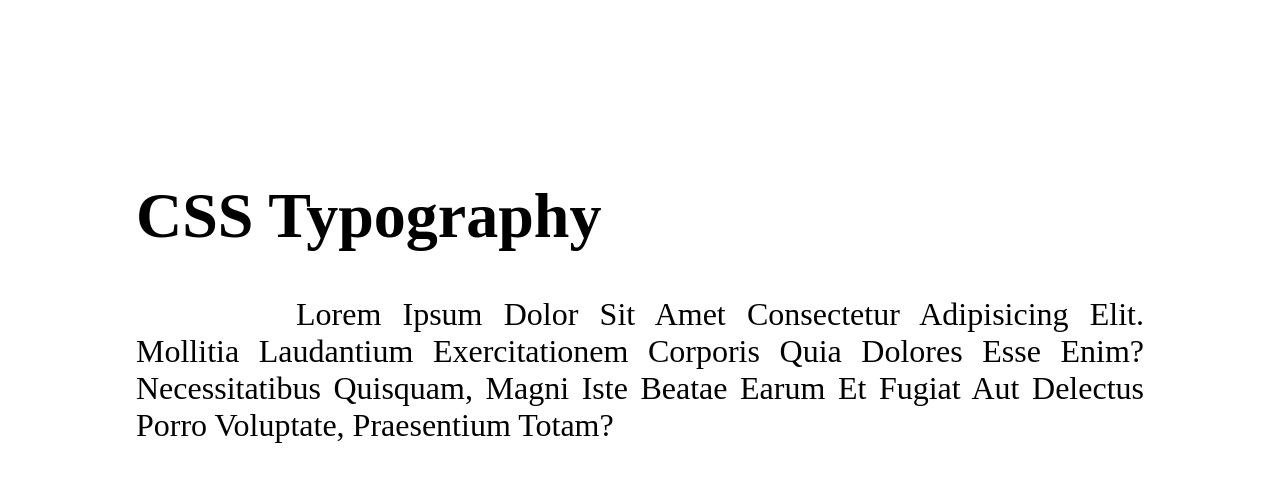
Repository: madhurik9999/Css
Page: index.html
The author's editor kept a copy of each file at every save. The page is drawn from the files as they stood at one save, then again after the next save.
The browser window is 1280 px wide. The pictures show the whole page.

Above is the page before, as saved 2023-12-10 13:26:55.

### index.html
<!DOCTYPE html>
<html lang="en">

<head>
    <meta charset="UTF-8">
    <meta http-equiv="X-UA-Compatible" content="IE=edge">
    <meta name="viewport" content="width=device-width, initial-scale=1.0">
    <title>Document</title>
    <link rel="stylesheet" href="styles/style.css">
</head>

<body>
    <header>
        <h1>CSS Typography</h1>
    </header>
    <main>
        <p>Lorem ipsum dolor sit amet consectetur adipisicing elit. Mollitia laudantium exercitationem corporis quia
            dolores esse enim? Necessitatibus quisquam, magni iste beatae earum et fugiat aut delectus porro voluptate,
            praesentium totam?</p>
        <!--
        <form>
            <label for="name">Name:</label>
            <input id="name" type="text" placeholder="Your Name" />
            <button>Submit</button>
        </form> -->
    </main>
</body>

</html>

### styles/style.css
/* Typography 1rem = 16px*/
body {
    padding: 10%;
    font-size: 2rem;
}

/* input,
button {
    font: inherit;
} */
p {
    text-decoration: none;
    /* text-decoration: overline; */
    text-transform: capitalize;
    /* text-transform: uppercase;
    text-transform: lowercase;*/
    text-align: justify;
    text-indent: 5em;
}

After the next save:
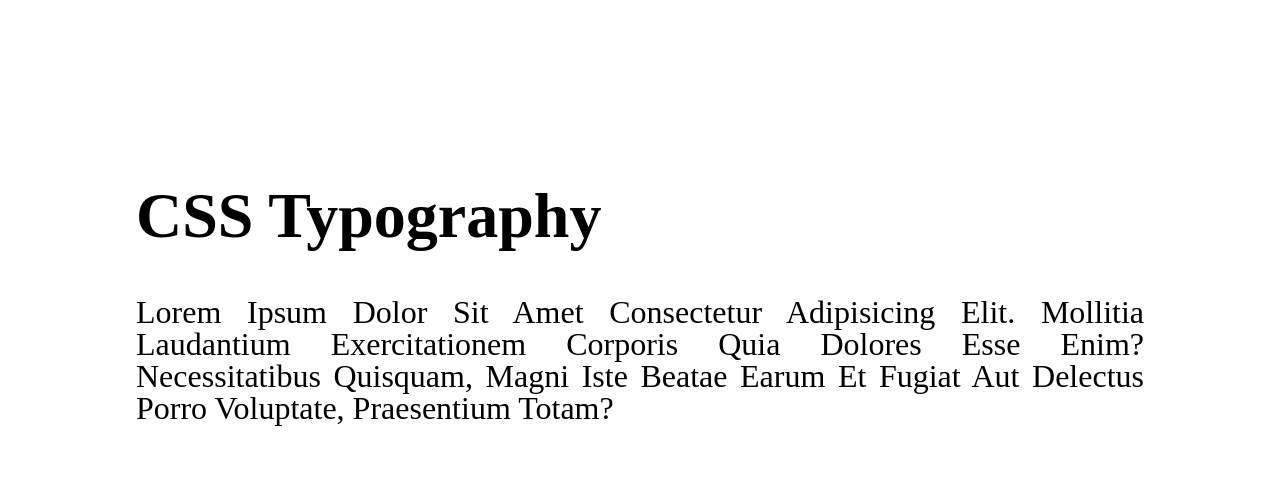
Saved 60 s later.
--- a/styles/style.css
+++ b/styles/style.css
@@ -15,5 +15,6 @@
     /* text-transform: uppercase;
     text-transform: lowercase;*/
     text-align: justify;
-    text-indent: 5em;
+    /* text-indent: 5em;  // tab */
+    line-height: 2rem;
 }
